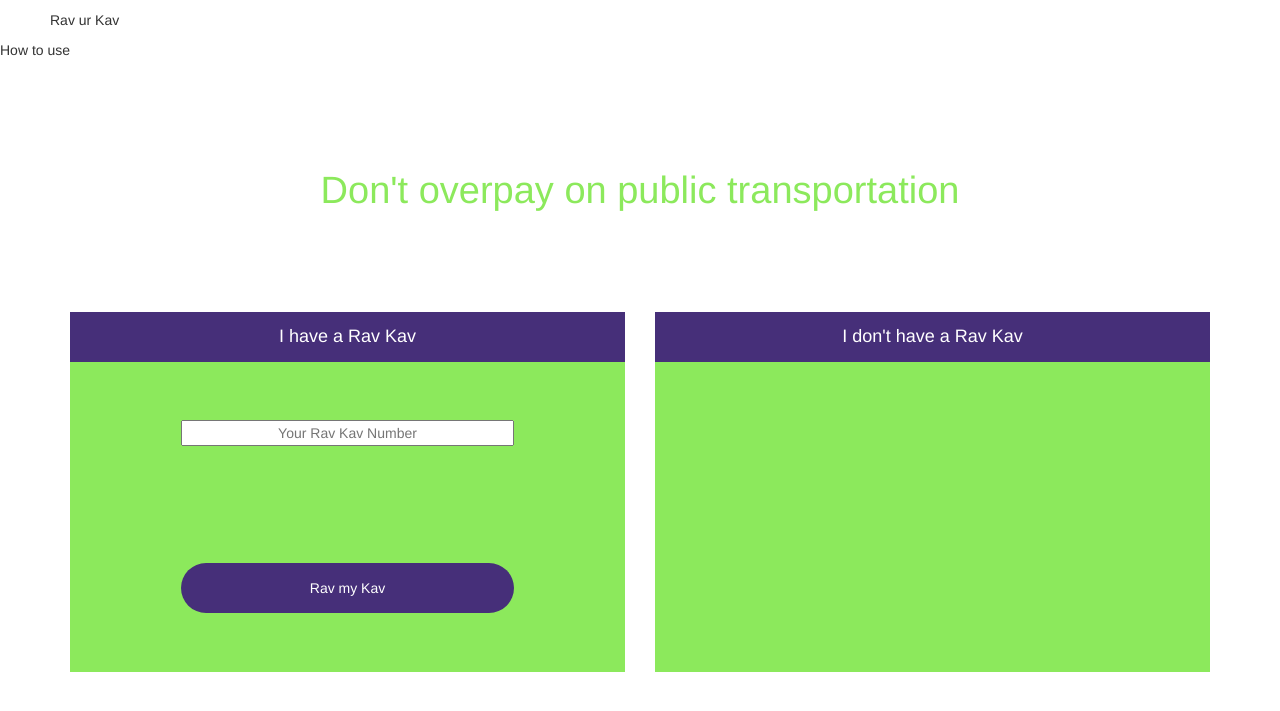
Repository: Louhla/Rav-ur-Kav
Page: index.html
The author's editor kept a copy of each file at every save. The page is drawn from the files as they stood at one save, then again after the next save.
The browser window is 1280 px wide. The pictures show the whole page.

Above is the page before, as saved 2019-07-17 15:23:29.

### index.html
<!DOCTYPE html>
<html lang="en">

<head>
    <meta charset="utf-8">
    <meta name="viewport" content="width=device-width, initial-scale=1">
    <!-- Bootstrap CSS -->
    <link rel="stylesheet" href="https://maxcdn.bootstrapcdn.com/bootstrap/3.3.7/css/bootstrap.min.css">
    <script src="https://ajax.googleapis.com/ajax/libs/jquery/3.3.1/jquery.min.js"></script>
    <link rel="stylesheet" type="text/css" href="./css/rav-ur-kav.css">
    <title>Rav ur kav - Public Transport Calculator</title>
    <meta name="description" content="Get the best rate for your Rav Kav according to your commute">
</head>

<body>
    <heading>
        <div class="logo">Rav ur Kav
        </div>
        <div class="how-to">How to use
        </div>
    </heading>

    <div class="container">
        <div class="row">
            <div class="col-md-12">
                <h1>Don't overpay on public transportation</h1>
            </div>
        </div>
        <div class="row">
            <div class="col-md-6">
                <div class="existing-user">
                    <h4>I have a Rav Kav</h4>
                        <input id="rav-kav-number" type=text placeholder="Your Rav Kav Number"></input>
                        <button id="rav-kav-number-button"><a href="#">Rav my Kav</a></button>
                </div>
            </div>
            <div class="col-md-6">
                <div class="new-user">
                    <h4>I don't have a Rav Kav</h4>
                </div>
            </div>
        </div>
    </div>
    <script type="text/javascript" src="./js/rav-ur-kav.js"></script>
</body>

</html>

### css/rav-ur-kav.css
body {
    margin: 0px;
    padding: 0px;
}
/* Modal START */
#modal-wrapper {
    position: fixed;
    top: 0;
    bottom: 0;
    right: 0;
    left: 0;
    background-color: rgba(0, 0, 0, 0.5);
    z-index: 12345;
    display: none;
}

#modal-wrapper .modal {
    background-color: white;
    width: 90vw;
    height: 90vh;
    position: absolute;
    top: 50%;
    left: 50%;
    transform: translateX(-50%) translateY(-50%);
    border-radius: 5px;
    text-align: center;
    background-image: url('../img/bgm.png');
    background-repeat: no-repeat;
    background-position: center;
    background-size: cover;
    color: white;
    text-shadow: 3px 3px #000000;
    display: flex;
    flex-direction: column;
    align-items: center;
    justify-content: space-evenly;
}

.modal-content {
    background-color: rgba(0, 0, 0, 0.5);
}

.modal-content h1 {
    font-size: 2rem;
    margin-block-start: 0.3rem;
    margin-block-end: 0.3rem;
}

.modal-content h3 {
    font-size: 1rem;
    margin-block-start: 0.5rem;
    margin-block-end: 0.5rem;
}

#button-box {
    width: 70vh;
    display: flex;
    justify-content: flex-end;
}

.my-button {
    color: red;
    background-color: yellow;
    height: 5vh;
    width: 20vh;
    font-size: 4vh;
    text-align: center;
    padding: 0;
}
/* Modal END */

/* Homepage START */
.header{
    display: flex;
    position: fixed;
    z-index: 9;
    justify-content: space-between;
    width: 100%;
    align-items: center;
    box-shadow: 5px;
    background-color: #462F79;
    color: white;
    font-size: 22px;
}
.logo{
    margin: 10px 0px 10px 50px;
}
.how-to{
    margin: 10px 50px 10px 0px;
}
.existing-user{
    background-color: #8CE95C;
    display: flex;
    flex-direction: column;
    text-align: center;
    height: 50vh;
}
.new-user{
    background-color: #8CE95C;
    text-align: center;
    height: 50vh;
}
h1{
    text-align: center;
    margin: 100px;
    color: #8CE95C;
    font-size: 38px;
}
.existing-user > h4, .new-user > h4{
    background-color: #462F79;
    padding: 15px 0px;
    margin: 0px;
    color: white;
}
#rav-kav-number{
    width: 60%;
    margin: auto;
    text-align: center;
}
#rav-kav-number-button{
    width: 60%;
    margin: auto;
    height: 50px;
    border-radius: 50px;
    border-style: none;
    color: white;
    background-color: #462F79;
}
a {
    all: unset;
    cursor: pointer;
}
#how-to{
    margin: 10px 50px 10px 0px;
    cursor: pointer;
}
.existing-user{
    background-color: #8CE95C;
    display: flex;
    flex-direction: column;
    text-align: center;
    height: 50vh;
}
.new-user{
    background-color: #8CE95C;
    text-align: center;
    height: 50vh;
}
h1{
    text-align: center;
    margin: 100px;
    color: #8CE95C;
    font-size: 38px;
}
.existing-user > h4, .new-user > h4{
    background-color: #462F79;
    padding: 15px 0px;
    margin: 0px;
    color: white;
}
#rav-kav-number{
    width: 60%;
    margin: auto;
    text-align: center;
}
#rav-kav-number-button{
    width: 60%;
    margin: auto;
}
/* Homepage END */

Loaded but not shown: js/rav-ur-kav.js (no copy from this time; the picture is the same without it)

After the next save:
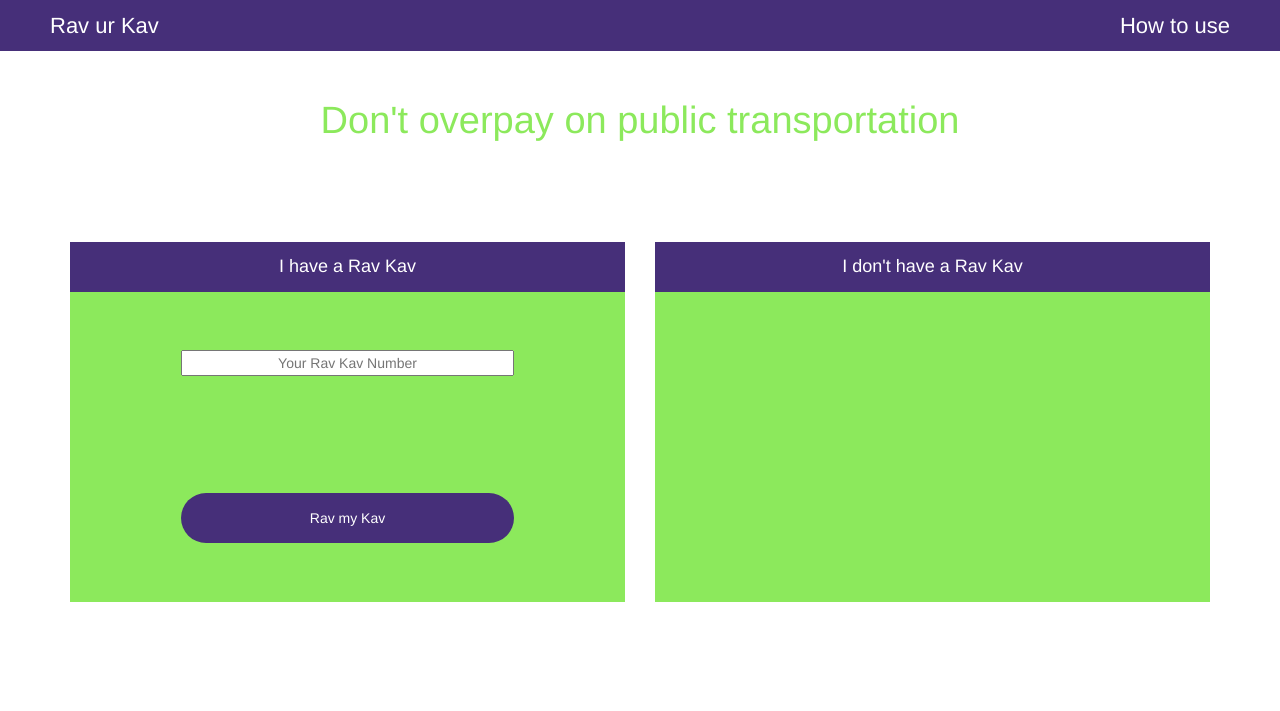
Saved 38 s later.
--- a/index.html
+++ b/index.html
@@ -13,10 +13,24 @@
 </head>
 
 <body>
-    <heading>
+    <div id="modal-wrapper">
+        <div class="modal">
+            <div class="modal-content">
+                <h1>How to Rav my Kav:</h1>
+                <h3>Lorem ipsum dolor sit, amet consectetur adipisicing elit. Nam, velit. Impedit non consequatur corporis tempore hic natus repudiandae veritatis voluptates pariatur numquam? Libero illo suscipit cum vitae. Quam, ex in!</h3>
+                <h3>Lorem ipsum dolor sit amet consectetur adipisicing elit. Distinctio, sint. Eius adipisci tenetur dolore quis rem eos expedita error officia. Maiores dolore maxime enim ut quos dolorem nesciunt ea pariatur?</h3>
+            </div>
+            <br>
+            <div id="button-box">
+                <button class="my-button" id="close">Close</button>
+            </div>
+        </div>
+    </div>
+    <div id="root"></div>
+    <heading class="header">
         <div class="logo">Rav ur Kav
         </div>
-        <div class="how-to">How to use
+        <div id="how-to">How to use
         </div>
     </heading>
 
